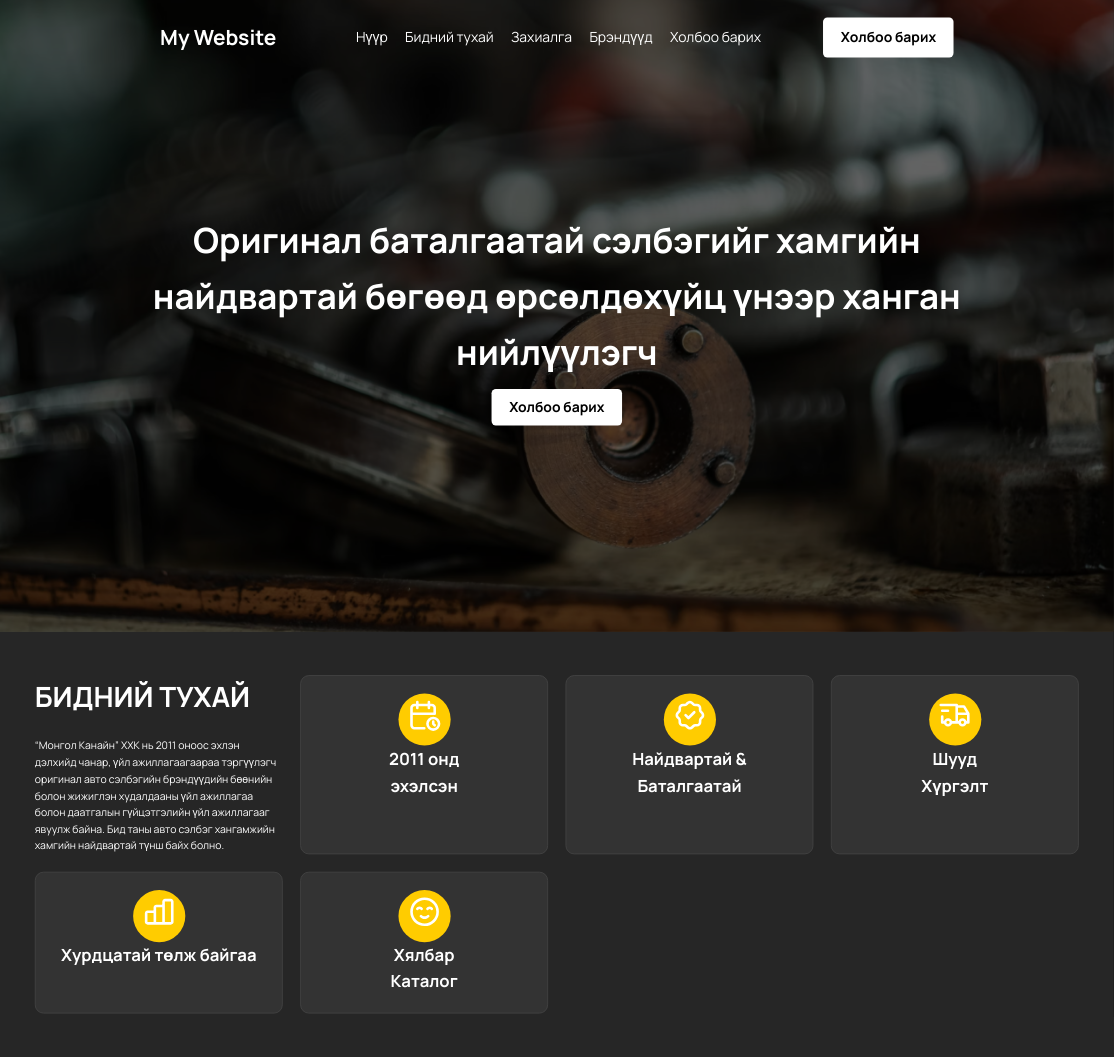
Repository: temuujinnn/mongol_kanain
Page: index.html
An editor plug-in stored every save of this project. The page is shown before and after the next save, followed by the edit.
The browser window is 1280 px wide. The pictures show the whole page, at 87% of full size.

Above is the page before, as saved 2024-08-22 17:53:04.

After the next save:
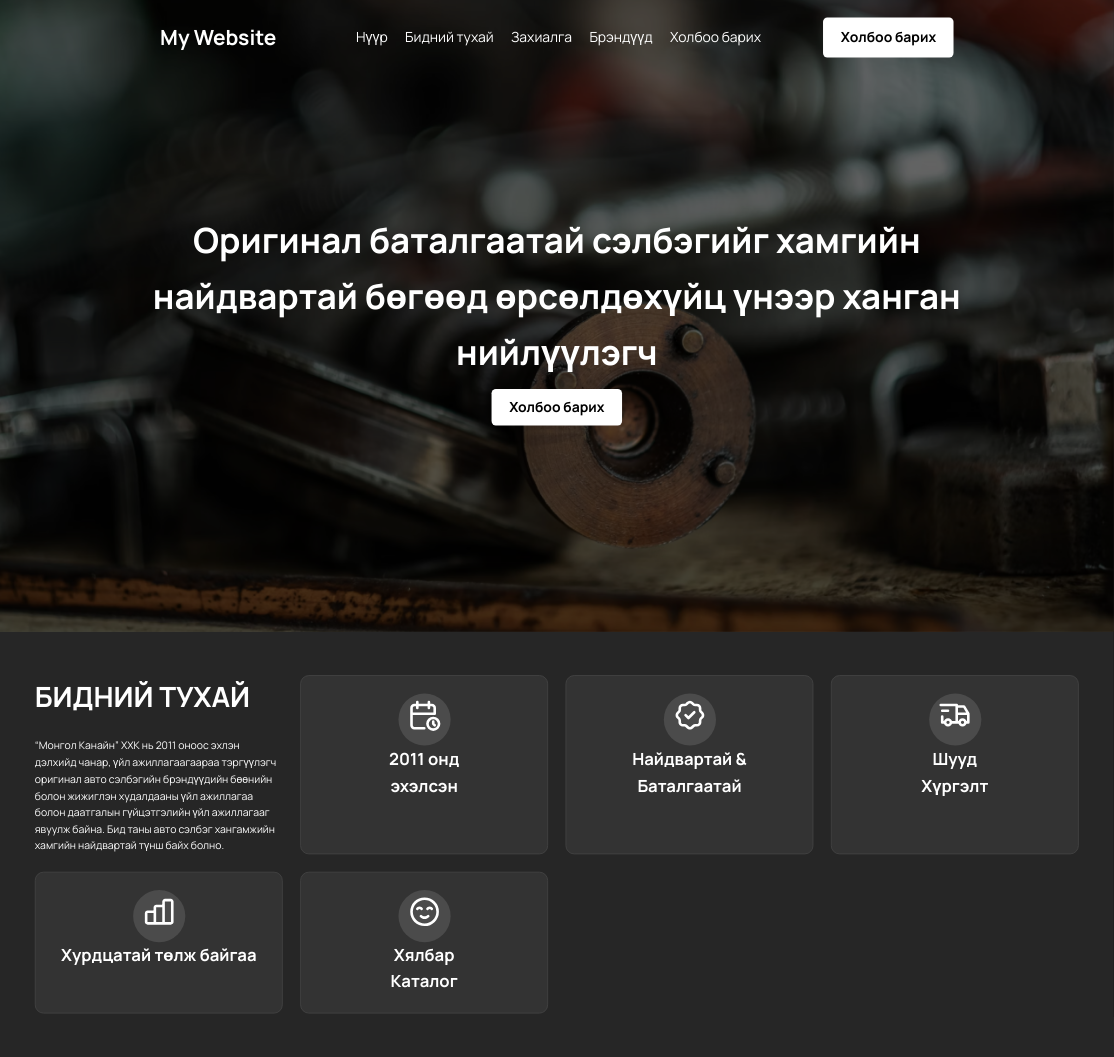
Saved 14 s later.
--- a/style.css
+++ b/style.css
@@ -166,7 +166,7 @@
     display: flex;
     justify-content: center;
     align-items: center;
-    background-color: #ffcc00;
+    background-color: #4b4b4b;
     width: 60px;
     height: 60px;
     border-radius: 50%;
